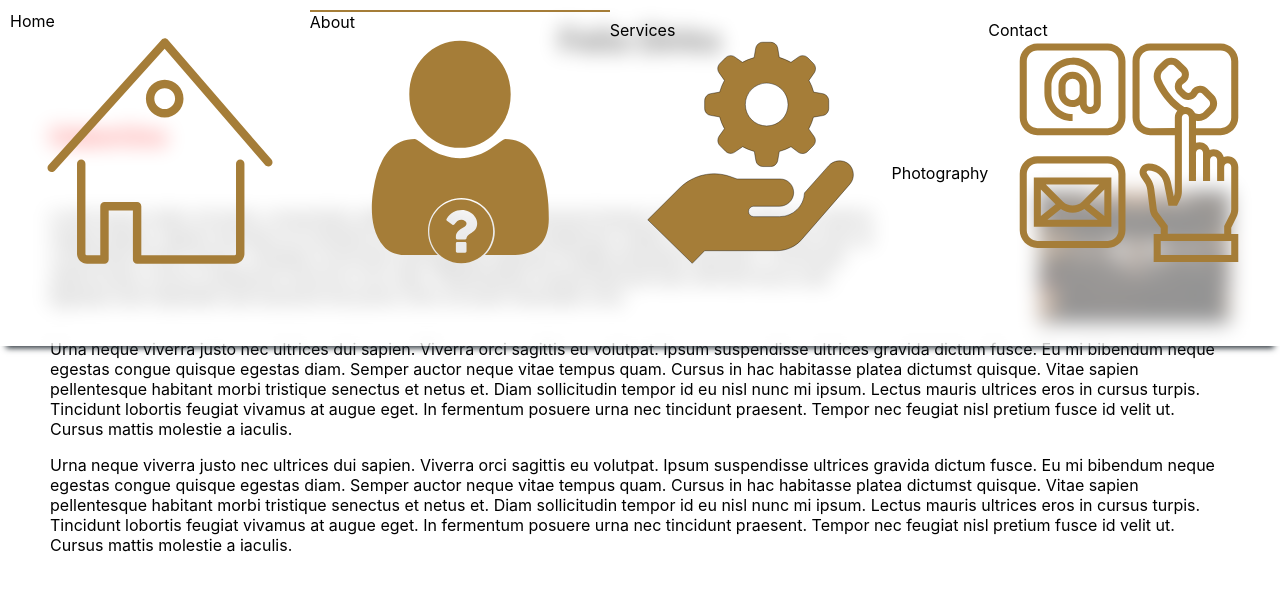
Repository: muhanad-musawi/backend-projekt-frondend
Page: /About (app in pohtographer/)
An editor plug-in stored every save of this project. The page is shown before and after the next save, followed by the edit.
The browser window is 1280 px wide. The pictures show the whole page.
The project was rebuilt for these pictures with package versions that can differ from the ones it lists, and the page was loaded fresh each time. The framework's server and built-in components were replaced by stand-ins that run in the browser. Also part of the build but not shown: pohtographer/next.config.js, pohtographer/styles/Footer.module.css.

Above is the page before, as saved 2022-03-24 09:56:11.

After the next save:
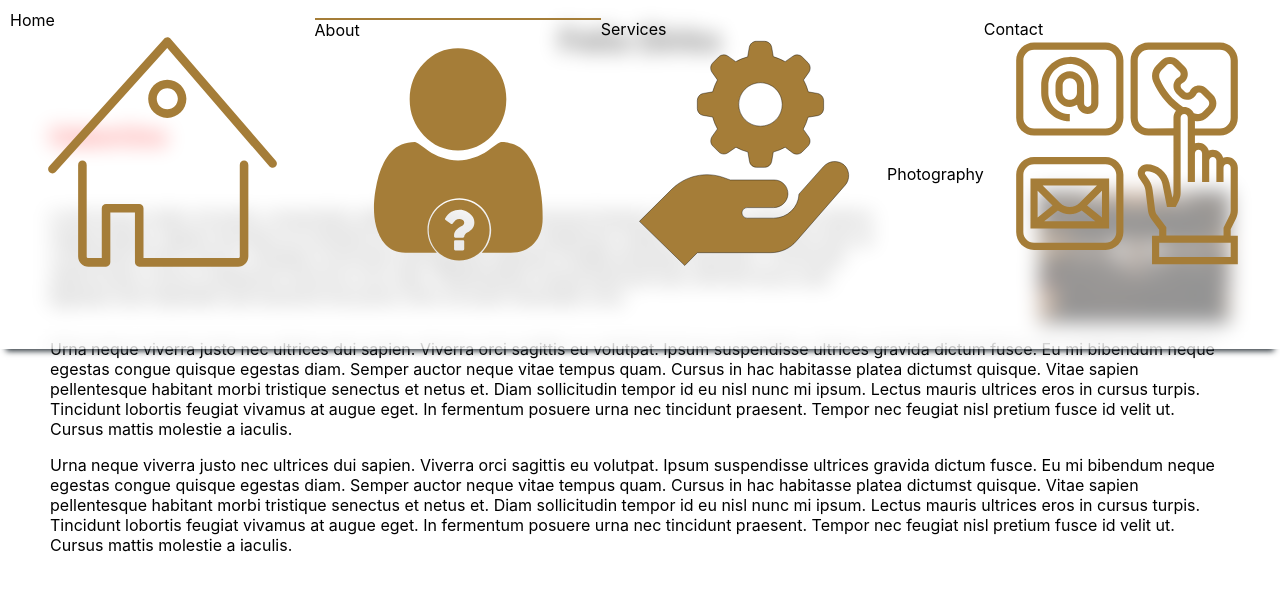
Saved 6 s later.
--- a/pohtographer/components/Header.jsx
+++ b/pohtographer/components/Header.jsx
@@ -31,7 +31,7 @@ function Header() {
 
         <Link href="/About">
           <a className={router.pathname == "/About" ? styles.active : ""}>
-          <span className='desktopVersion'>About</span>
+          <span className={styles.desktopVersion}>About</span>
         <span className='mobileVersion'>
 
         <Image src={about} alt="home" />
